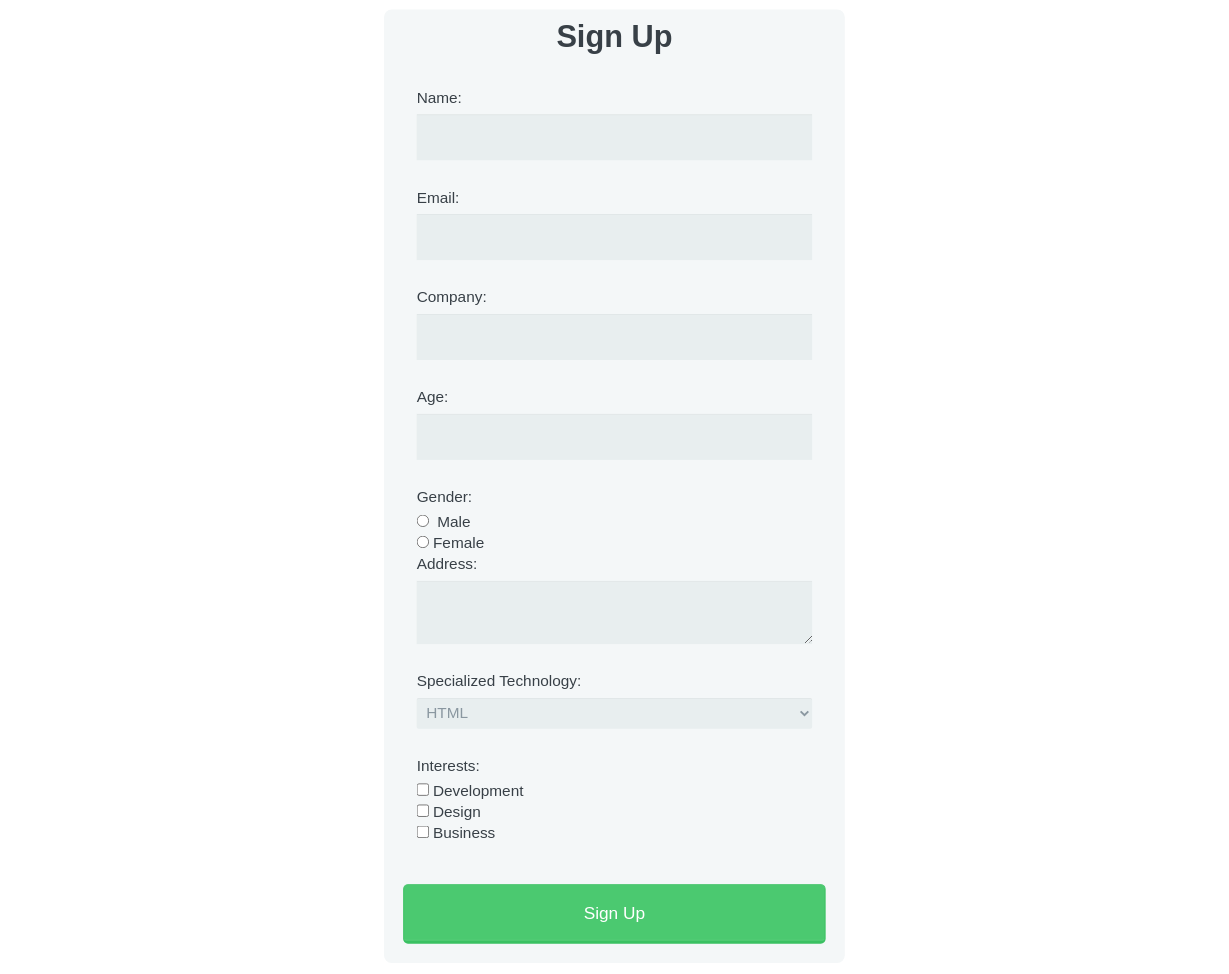
Repository: sunil965/JDBC-Servlet-JSP
Page: http://localhost/JspRegistrationTask/employee.jsp
The author's editor kept a copy of each file at every save. The page is drawn from the files as they stood at one save, then again after the next save.
The browser window is 1280 px wide. The pictures show the whole page, at 96% of full size.
The page is served by Tomcat 9. Other server files are loaded and not shown.

Above is the page before, as saved 2017-05-04 11:00:33.

### JspRegistrationTask/WebContent/employee.jsp
<%@ page language="java" contentType="text/html; charset=UTF-8"
    pageEncoding="UTF-8"%>
<!DOCTYPE html PUBLIC "-//W3C//DTD HTML 4.01 Transitional//EN" "http://www.w3.org/TR/html4/loose.dtd">
<!-- <html>
<head>
<meta http-equiv="Content-Type" content="text/html; charset=UTF-8">
<title>employee registeration</title>

<script type="text/javascript">
function employeeValidate(){
	var name = document.getElementByName("uname").value;
	var addr = document.getElementByName("addr").value;
	var cmp = document.getElementByName("cmp").value;
	var age = document.getElementByName("age").value;
	var gender = document.getElementByName("gender").value;
	var domain = document.getElementByName("domain").value;
	var lang = document.getElementByName("lang").value;
	var x=document.getElementById("mail").value;
	var atposition=x.indexOf("@");
	var dotposition=x.lastIndexOf(".");

	if (atposition<1 || dotposition<atposition+2 || dotposition+2>=x.length){
		  alert("Please enter a valid e-mail address");
		  return false;
		  }
	if(name.length==null||name==" "||name.length<=3)
	{
	alert("Enter name");
	return false;
	}
	if(addr.length==null || addr.length==" "){
		alert("Address can't be empty !!");
		return false;
	}
	if(cmp.length==null || cmp.length==" "){
		alert("Company can't be empty !!");
		return false;
	}
	if(age.length==null || age.length==" "){
		alert("Age can't be empty !!");
		return false;
	}
	if(gender.length==null || gender.length==" "){
		alert("Gender can't be empty !!");
		return false;
	}
	if(domain.length==None || domain.length==" "){
		alert("Choose Any Technology !!");
		return false;
	}
	if(lang.length==None || lang.length==" "){
		alert("Company can't be empty !!");
		return false;
	}
	return true;
}

</script>

</head>
<body>
<div align="right"><a href="employeeDetails">Employee Details</a></div>
<div align="center">
 <h1>EMPLOYEE REGISTRATION</h1>
	<form action="employeeRegister" method="post" onsubmit="return employeeValidate()">
		UID : <input type="text" name="uid"><br><br>
		Name :<input type="text" name="uname" id="name"><br><br>
		Email_ID :<input type="email" name="mail" id="mail"><br><br>
		Address : <textarea rows="2" cols="20" name="address" id="addr"></textarea><br><br>
		Company: <input type="text" name="company" id="cmp"><br><br>
		Age : <input type="text" name="age" id="age"><br><br>
		Gender : <input type="radio" name="gender" value="male" checked id="gender"> Male
  				 <input type="radio" name="gender" value="female" id="gender"> Female<br><br><br>
		Specialized : <select name="specialized" id="domain">
						  <option value="">None</option>
						  <option value="C">C</option>
						  <option value="C++">C++</option>
						  <option value="C#">C#</option>
						  <option value="JAVA">JAVA</option>
						  <option value=".NET">.NET</option>
						  <option value="SQL">SQL</option>
						  <option value="ANDROID">ANDROID</option>
						  <option value="IOS">IOS</option>
						  <option value="PYTHON">PYTHON</option>
						  <option value="RUBY">RUBY</option>
						</select><br><br>
		Language : <select name="language" id="lang">
						  <option value="">None</option>
						  <option value="Hindi">Hindi</option>
						  <option value="English">English</option>
						  <option value="Punjabi">Punjabi</option>
						  <option value="Marathi">Marathi</option>
						  <option value="Tamil">Tamil</option>
						  <option value="Telgu">Telgu</option>
						  <option value="Bangali">Bangali</option>
						  <option value="Odia">Odia</option>
						</select><br><br>
						<input type="submit">
	</form>
  </div>
</body>
</html> -->
<html>
<head>
<title>employee_regis</title>
<style type="text/css">
*, *:before, *:after {
  -moz-box-sizing: border-box;
  -webkit-box-sizing: border-box;
  box-sizing: border-box;
}

body {
  font-family: 'Nunito', sans-serif;
  color: #384047;
}

form {
  max-width: 300px;
  margin: 10px auto;
  padding: 10px 20px;
  background: #f4f7f8;
  border-radius: 8px;
}

h1 {
  margin: 0 0 30px 0;
  text-align: center;
}

input[type="text"],
input[type="password"],
input[type="date"],
input[type="datetime"],
input[type="email"],
input[type="number"],
input[type="search"],
input[type="tel"],
input[type="time"],
input[type="url"],
textarea,
select {
  background: rgba(255,255,255,0.1);
  border: none;
  font-size: 16px;
  height: auto;
  margin: 0;
  outline: 0;
  padding: 15px;
  width: 100%;
  background-color: #e8eeef;
  color: #8a97a0;
  box-shadow: 0 1px 0 rgba(0,0,0,0.03) inset;
  margin-bottom: 30px;
}

input[type="radio"],
input[type="checkbox"] {
  margin: 0 4px 8px 0;
}

select {
  padding: 6px;
  height: 32px;
  border-radius: 2px;
}

button {
  padding: 19px 39px 18px 39px;
  color: #FFF;
  background-color: #4bc970;
  font-size: 18px;
  text-align: center;
  font-style: normal;
  border-radius: 5px;
  width: 100%;
  border: 1px solid #3ac162;
  border-width: 1px 1px 3px;
  box-shadow: 0 -1px 0 rgba(255,255,255,0.1) inset;
  margin-bottom: 10px;
}

fieldset {
  margin-bottom: 30px;
  border: none;
}

legend {
  font-size: 1.4em;
  margin-bottom: 10px;
}

label {
  display: block;
  margin-bottom: 8px;
}

label.light {
  font-weight: 300;
  display: inline;
}

@media screen and (min-width: 480px) {

  form {
    max-width: 480px;
  }

}
</style>
<script type="text/javascript"></script>
</head>
<body>
<form action="index.html" method="post">

        <h1>Sign Up</h1>

        <fieldset>
          <label for="name">Name:</label>
          <input type="text" id="name" name="user_name">

          <label for="mail">Email:</label>
          <input type="email" id="mail" name="user_email">

          <label for="password">Company:</label>
          <input type="text" id="password" name="user_password">

          <label >Age:</label>
          <input type="text" id="password" name="user_password">

          <label>Gender:</label>
          <input type="radio" id="male" value="male" name="male"><label for="under_13" class="light"> Male</label><br>
          <input type="radio" id="female" value="female" name="female"><label for="over_13" class="light">Female</label>



          <label for="bio">Address:</label>
          <textarea id="bio" name="user_bio"></textarea>


        <label for="job">Specialized Technology:</label>
        <select id="job" name="user_job">
          <optgroup label="Web">
            <option value="html">HTML</option>
            <option value="php_developor">PHP</option>
            <option value="python_developer">Python</option>
            <option value="rails_developer"> Rails</option>
            <option value="web_designer">Web Designer</option>
            <option value="WordPress_developer">WordPress Developer</option>
          </optgroup>
          <optgroup label="Mobile">
            <option value="Android_developer">Androild</option>
            <option value="iOS_developer">iOS</option>
            <option value="mobile_designer">Phone Gap</option>
          </optgroup>
          <optgroup label="Core_Tech">
            <option value="C">C</option>
            <option value="C++">C++</option>
            <option value="Java">Java</option>
            <option value=".Net">.Net</option>
          </optgroup>
        </select>

          <label>Interests:</label>
          <input type="checkbox" id="development" value="interest_development" name="user_interest"><label class="light" for="development">Development</label><br>
          <input type="checkbox" id="design" value="interest_design" name="user_interest"><label class="light" for="design">Design</label><br>
          <input type="checkbox" id="business" value="interest_business" name="user_interest"><label class="light" for="business">Business</label>

        </fieldset>
        <button type="submit">Sign Up</button>
      </form>
</body>
</html>

After the next save:
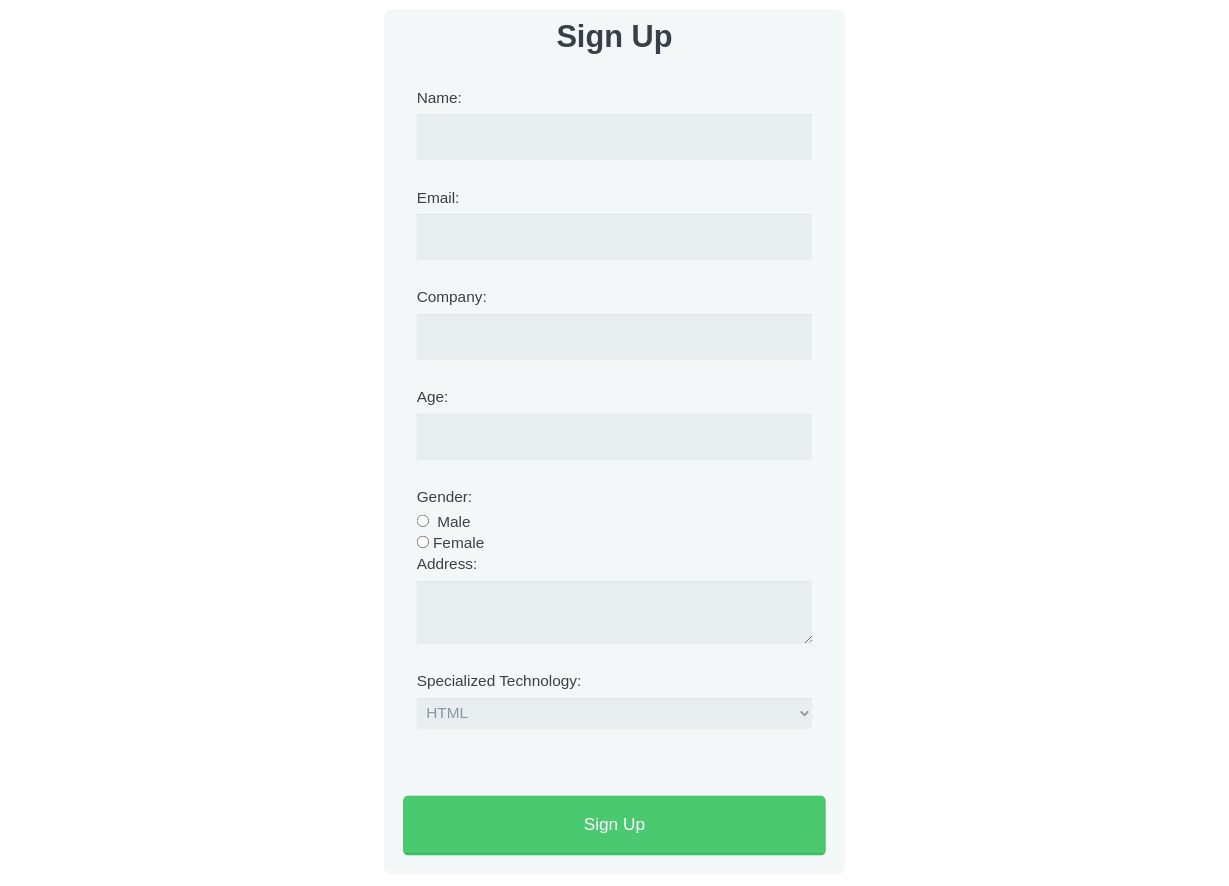
Saved 58 s later.
--- a/JspRegistrationTask/WebContent/employee.jsp
+++ b/JspRegistrationTask/WebContent/employee.jsp
@@ -261,10 +261,10 @@ label.light {
           </optgroup>
         </select>
 
-          <label>Interests:</label>
+          <!-- <label>Interests:</label>
           <input type="checkbox" id="development" value="interest_development" name="user_interest"><label class="light" for="development">Development</label><br>
           <input type="checkbox" id="design" value="interest_design" name="user_interest"><label class="light" for="design">Design</label><br>
-          <input type="checkbox" id="business" value="interest_business" name="user_interest"><label class="light" for="business">Business</label>
+          <input type="checkbox" id="business" value="interest_business" name="user_interest"><label class="light" for="business">Business</label> -->
 
         </fieldset>
         <button type="submit">Sign Up</button>
